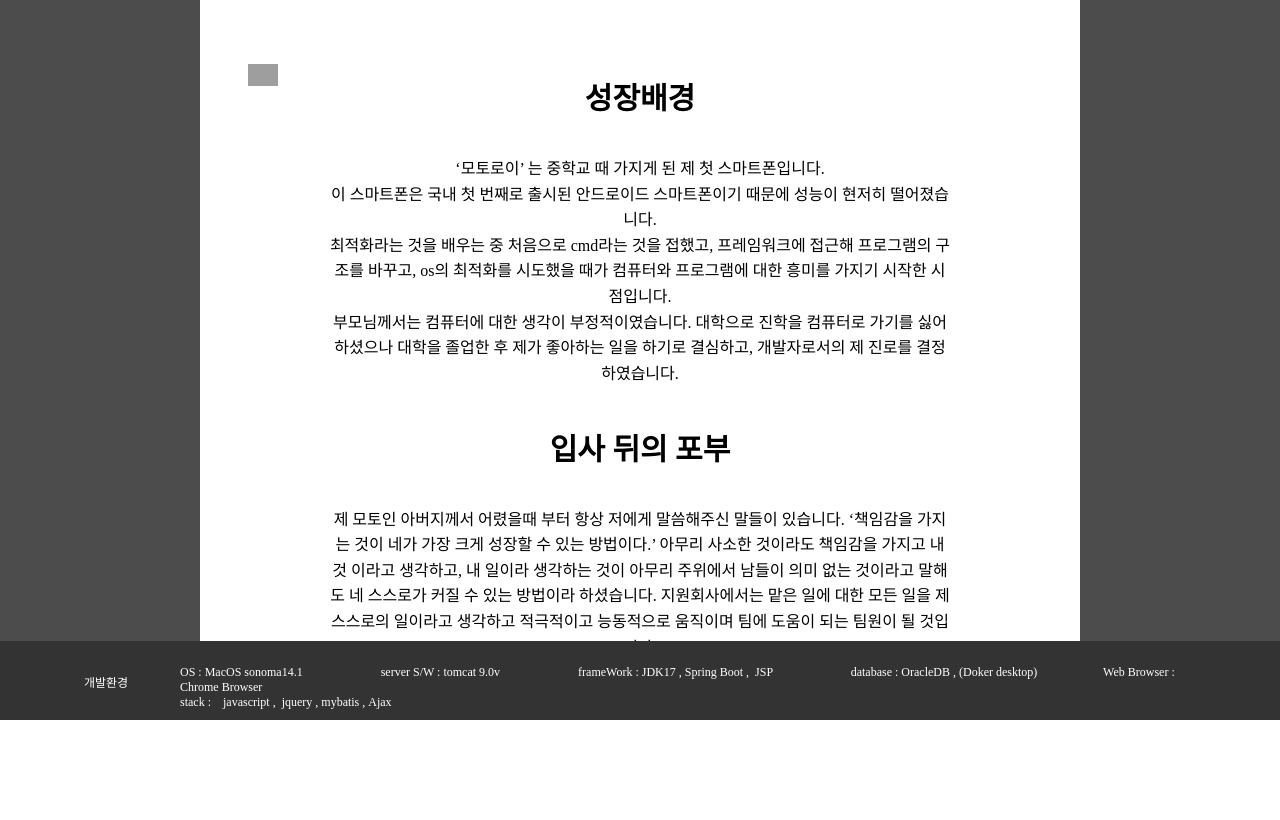
Repository: LeeHaNeul96/Leehaneul
Page: http://localhost/com.introduce/WEB-INF/views/more2.jsp
The author's editor kept a copy of each file at every save. The page is drawn from the files as they stood at one save, then again after the next save.
The browser window is 1280 px wide. The pictures show the whole page.
Pictures or frames that could not be fetched are drawn as grey boxes. The page is served by Tomcat 9. Nobody is signed in. The template is opened directly, without the code that normally fills it, so the values that code supplies are empty.

Above is the page before, as saved 2023-10-31 10:24:42.

### com.introduce/src/main/webapp/WEB-INF/views/more2.jsp
<%@ page language="java" contentType="text/html; charset=UTF-8"
    pageEncoding="UTF-8"%>
<!DOCTYPE html>
<html>
<head>
<meta charset="UTF-8">
<title>Insert title here</title>
<script src="https://code.jquery.com/jquery-3.6.0.min.js"></script>

<style type="text/css">
.footer {
	text-align: center;
	padding: 2em 0;
	background-color: #333;
	color: #fff;
	position: fixed;
	bottom: 0;
	left: 0; /* 왼쪽 위치를 0으로 설정합니다. */
	height: 15px;
	width: 100%;
	margin: 0; /* 마진을 0으로 설정합니다. */
}

.footer-dev {
	font-size: 12px;
	text-align: left;
	padding-left: 7em;
}

.footer-content {
	position: absolute; /* 절대 위치 설정 */
	top: 1em; /* 위쪽으로 1em 이동 */
	padding: 1em 8em; /* 양 옆 여백을 설정합니다. */
	height: 200px;
}

.container{
margin-top: 3em;
margin-bottom: 10em;

text-align: center;


}
.left-margin {
 background-color: rgba(0, 0, 0, 0.7); /* 알파 값을 조절하여 투명도 설정 */

    height: 100%;
    width: 200px; /* 원하는 너비로 조절하세요. */
    position: fixed;
    top: 0;
    left: 0;
    z-index: -1;
}

/* 오른쪽 여백 스타일 */
.right-margin {
 background-color: rgba(0, 0, 0, 0.7); /* 알파 값을 조절하여 투명도 설정 */
    height: 100%;
    width: 200px; /* 원하는 너비로 조절하세요. */
    position: fixed;
    top: 0;
    right: 0;
    z-index: -1;
}

h1 {
    font-size: 36px; /* 예를 들어, 원하는 크기로 설정 */
    transition: font-size 1s; /* 글씨 크기 변경에 애니메이션 적용 (선택사항) */
}
h2{
margin-top: 0;

}

.content{
text-align: center;
margin-right: 20em;
margin-left: 20em;
line-height: 1.6;
}
</style>
</head>
<body>
<script>
$(function() {
    // 모든 h2 태그를 선택하여 배열로 저장합니다.
    var $h1Elements = $("h1");

    // 초기에 모든 h2 태그의 크기를 설정합니다.
    $h1Elements.css("font-size", "40px");

    // 1초(1000 밀리초)마다 h2 태그 배열을 순회하면서 글꼴 크기를 작게 설정합니다.
    var index = 0;
    var interval = setInterval(function() {
        if (index < $h1Elements.length) {
            $h1Elements.eq(index).css("font-size", "30px");
            index++;
        } else {
            clearInterval(interval); // 모든 h2 태그를 처리하면 setInterval을 멈춥니다.
        }
    }, 20); // 1초마다 실행
});
</script>


<div class="left-margin"></div>
<div class="right-margin"></div>

<a href="/main/view"><img style="width:30px; text-align:left; margin-left:15em; margin-top: 3em; margin-bottom: -4em;" alt="" src="/images/free-icon-go-back-left-arrow-61022.png"></a>
<div class="container">
<h1> 성장배경 </h1><br>
<div class="content">
‘모토로이’ 는 중학교 때 가지게 된 제 첫 스마트폰입니다.<br>
 이 스마트폰은 국내 첫 번째로 출시된 안드로이드 스마트폰이기 때문에 성능이 현저히 떨어졌습니다. <br>
 최적화라는 것을 배우는 중 처음으로 cmd라는 것을 접했고, 프레임워크에 접근해 프로그램의 구조를 바꾸고, os의 최적화를 시도했을 때가 컴퓨터와 프로그램에 대한 흥미를 가지기 시작한 시점입니다.<br>
부모님께서는 컴퓨터에 대한 생각이 부정적이였습니다. 대학으로 진학을 컴퓨터로 가기를 싫어하셨으나 대학을 졸업한 후 제가 좋아하는 일을 하기로 결심하고, 개발자로서의 제 진로를 결정하였습니다.
</div><br>

<h1>입사 뒤의 포부</h1><br>
<div class="content">
제 모토인 아버지께서 어렸을때 부터 항상 저에게 말씀해주신 말들이 있습니다.
‘책임감을 가지는 것이 네가 가장 크게 성장할 수 있는 방법이다.’
아무리 사소한 것이라도 책임감을 가지고 내 것 이라고 생각하고, 내 일이라 생각하는 것이 아무리 주위에서 남들이 의미 없는 것이라고 말해도 네 스스로가 커질 수 있는 방법이라 하셨습니다.
지원회사에서는 맡은 일에 대한 모든 일을 제 스스로의 일이라고 생각하고 적극적이고 능동적으로 움직이며 팀에 도움이 되는 팀원이 될 것입니다.

</div>
</div>



	<div class="footer">
		<div class="footer-dev">
			개발환경
			<div class="footer-content">
				OS : MacOS sonoma14.1
				&nbsp;&nbsp;&nbsp;&nbsp;&nbsp;&nbsp;&nbsp;&nbsp;&nbsp;&nbsp;&nbsp;&nbsp;&nbsp;&nbsp;&nbsp;&nbsp;&nbsp;&nbsp;&nbsp;&nbsp;&nbsp;&nbsp;&nbsp;&nbsp;
				server S/W : tomcat
				9.0v&nbsp;&nbsp;&nbsp;&nbsp;&nbsp;&nbsp;&nbsp;&nbsp;&nbsp;&nbsp;&nbsp;&nbsp;
				&nbsp;&nbsp;&nbsp;&nbsp;&nbsp;&nbsp;&nbsp;&nbsp;&nbsp;&nbsp;&nbsp;&nbsp;
				frameWork : JDK17&nbsp;,&nbsp;Spring Boot&nbsp;, &nbsp;JSP
				&nbsp;&nbsp;&nbsp;&nbsp;&nbsp;&nbsp;&nbsp;&nbsp;&nbsp;&nbsp;&nbsp;&nbsp;&nbsp;&nbsp;&nbsp;&nbsp;&nbsp;&nbsp;&nbsp;&nbsp;&nbsp;&nbsp;&nbsp;&nbsp;
				database : OracleDB&nbsp;,&nbsp;(Doker desktop)
				&nbsp;&nbsp;&nbsp;&nbsp;&nbsp;&nbsp;&nbsp;&nbsp;&nbsp;&nbsp;&nbsp;&nbsp;&nbsp;&nbsp;&nbsp;&nbsp;&nbsp;&nbsp;&nbsp;&nbsp;
				Web Browser : Chrome Browser<br> stack :&nbsp;&nbsp;&nbsp;
				javascript&nbsp;,&nbsp; jquery&nbsp;,&nbsp;mybatis&nbsp;,&nbsp;Ajax
			</div>
		</div>
	</div>
</body>
</html>

After the next save:
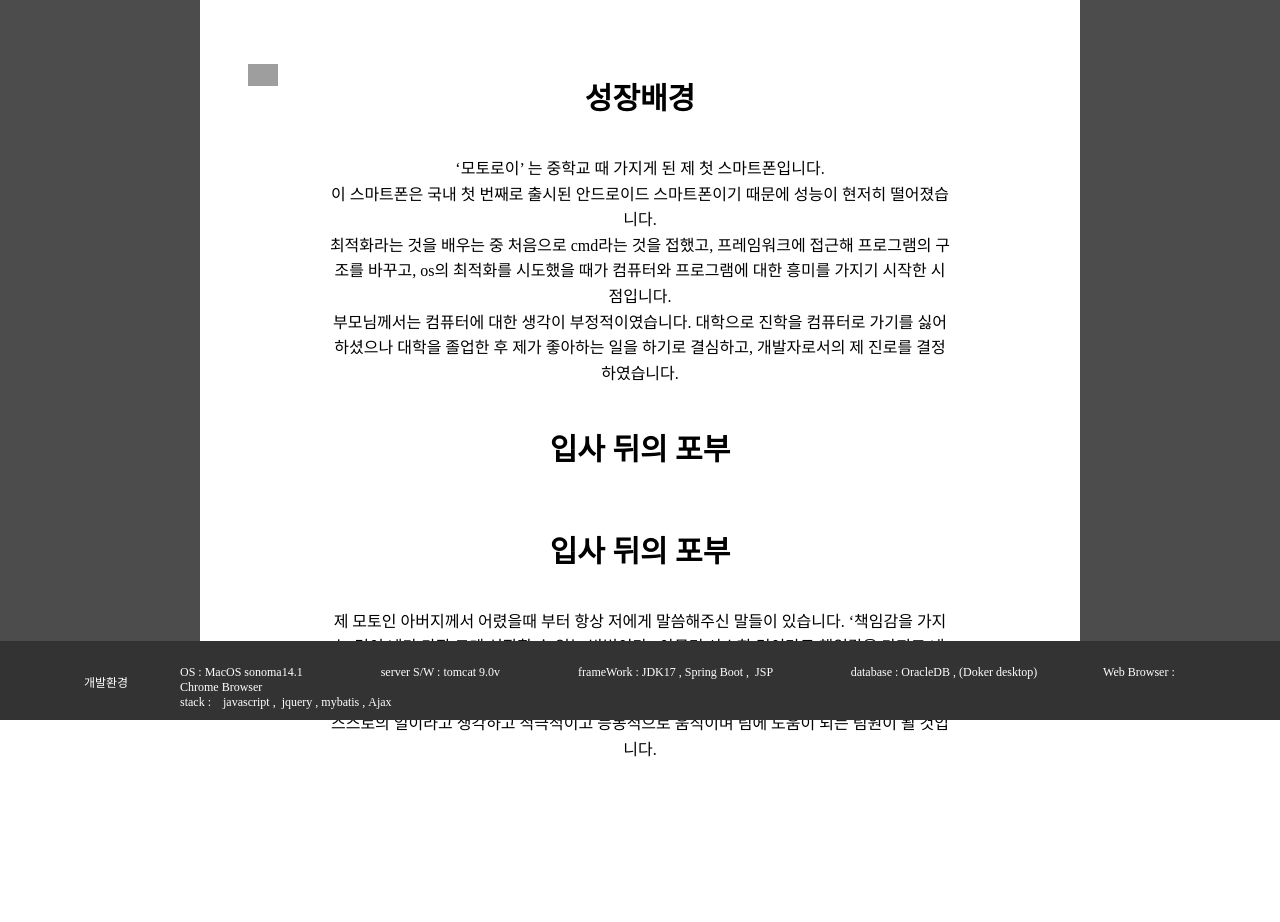
Saved 2 min 1 s later.
--- a/com.introduce/src/main/webapp/WEB-INF/views/more2.jsp
+++ b/com.introduce/src/main/webapp/WEB-INF/views/more2.jsp
@@ -118,6 +118,10 @@ $(function() {
 </div><br>
 
 <h1>입사 뒤의 포부</h1><br>
+
+
+
+<h1>입사 뒤의 포부</h1><br>
 <div class="content">
 제 모토인 아버지께서 어렸을때 부터 항상 저에게 말씀해주신 말들이 있습니다.
 ‘책임감을 가지는 것이 네가 가장 크게 성장할 수 있는 방법이다.’
